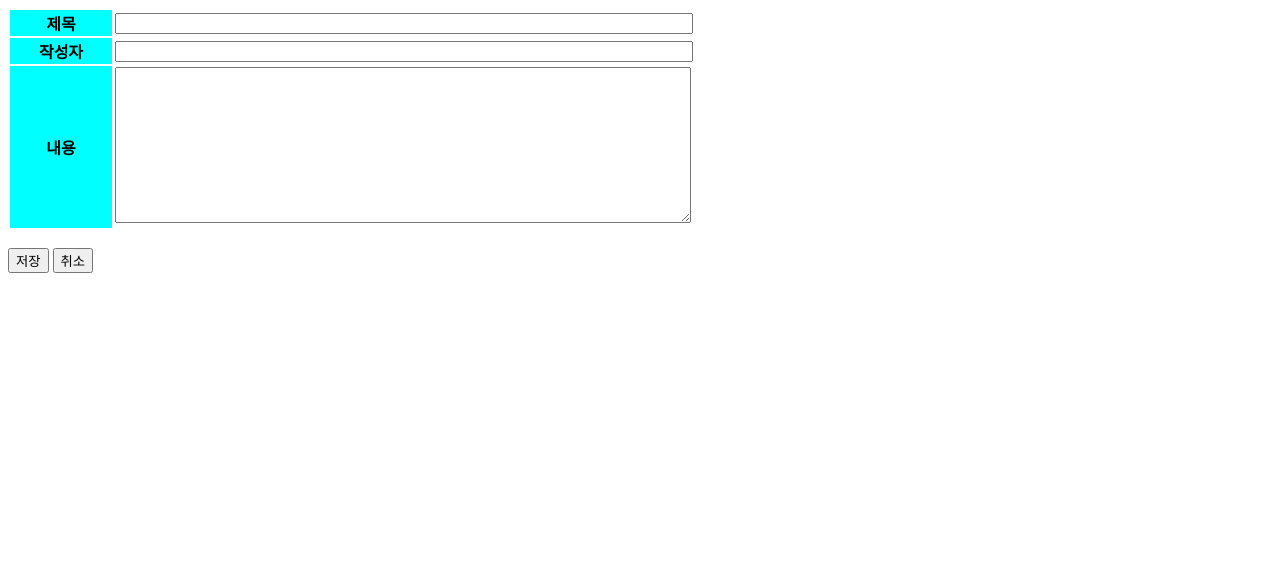
Repository: kdh2212/KDT_code
Page: http://localhost/20250807Web/boardWrite2.jsp
These files come from the project's save history. The page is drawn as it stood at one moment and after the next save; the edit follows.
The browser window is 1280 px wide. The pictures show the whole page.
The page is served by Tomcat 9. Other server files are loaded and not shown.

Above is the page before, as saved 2025-08-07 08:11:39.

### 20250807Web/src/main/webapp/boardWrite2.jsp
<%@ page language="java" contentType="text/html; charset=UTF-8"
    pageEncoding="UTF-8"%>
<%@ page import="java.sql.*, javax.sql.*" %>
<!DOCTYPE html>
<html>
<head>
    <meta charset="UTF-8">
    <style>
        table { width:680px; text-align:center; }
        th    { width:100px; background-color:cyan; }
        input[type=text], textarea { width:100%; }
    </style>
</head>
<body>
<%
Connection conn = null;
Statement stmt = null;
ResultSet rs = null;
String num = request.getParameter("num");
String writer = "";
String title = "";
String content ="";
String regtime = "";
String hits = "";

try {
    Class.forName("com.mysql.cj.jdbc.Driver");
    conn = DriverManager.getConnection("jdbc:mysql://localhost:3305/du08", "root", "1234");
    stmt = conn.createStatement();
    rs = stmt.executeQuery("update board set title = '"+title+"' ,content = '" +content+ "' where num = " + num);
    while (rs.next()) {
        out.println(rs.getString("num"));
%>

        <tr>
            <th>제목</th>
            <td><input type="text" name="title"  maxlength="80"
                       value="">
            </td>
        </tr>
        <tr>
            <th>작성자</th>
            <td><input type="text" name="writer" maxlength="20"
                       value="">
            </td>
        </tr>
        <tr>
            <th>내용</th>
            <td><textarea name="content" rows="10"></textarea>
            </td>
        </tr>

<%
    }
} catch (SQLException e) {
    out.println("데이터베이스 오류: " + e.getMessage());
} catch (ClassNotFoundException e) {
    out.println("드라이버를 찾을 수 없습니다: " + e.getMessage());
} finally {
    try {
        if (rs != null) rs.close();
        if (stmt != null) stmt.close();
        if (conn != null) conn.close();
    } catch (SQLException e) {
        out.println("리소스를 닫는 도중 오류 발생: " + e.getMessage());
    }
}
%>
<form method="post" action="boardWriteResult.jsp">
    <table>
        <tr>
            <th>제목</th>
            <td><input type="text" name="title"  maxlength="80"
                       value="">
            </td>
        </tr>
        <tr>
            <th>작성자</th>
            <td><input type="text" name="writer" maxlength="20"
                       value="">
            </td>
        </tr>
        <tr>
            <th>내용</th>
            <td><textarea name="content" rows="10"></textarea>
            </td>
        </tr>
    </table>

    <br>
    <input type="submit" value="저장">
    <input type="button" value="취소" onclick="history.back()">
</form>

</body>
</html>

After the next save:
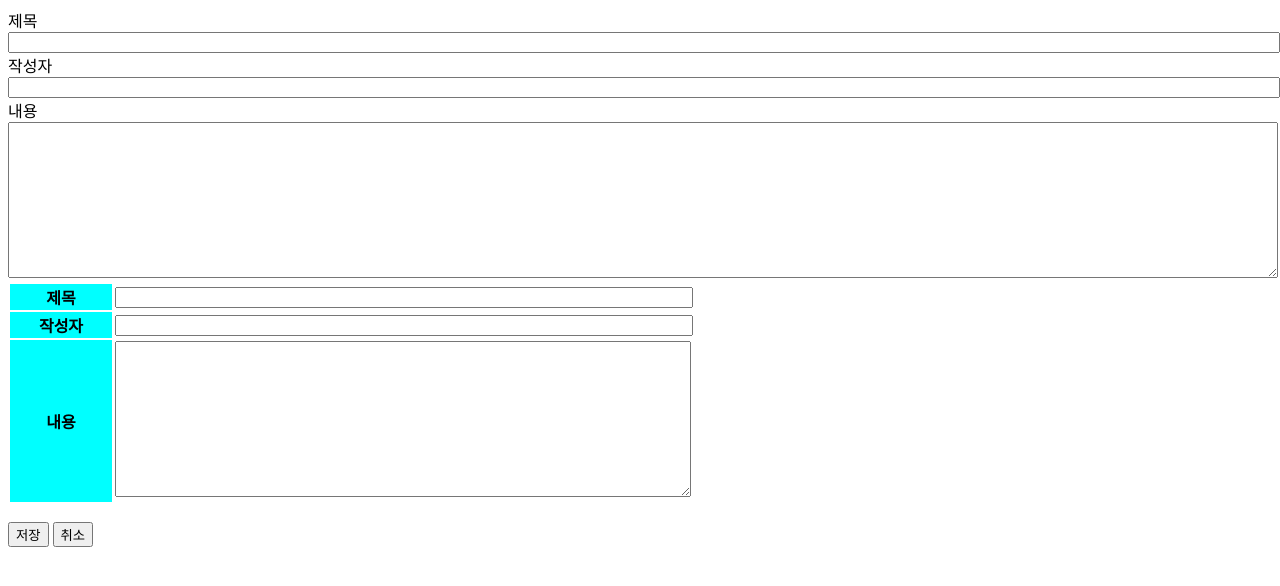
Saved 4 min 16 s later.
--- a/20250807Web/src/main/webapp/boardWrite2.jsp
+++ b/20250807Web/src/main/webapp/boardWrite2.jsp
@@ -12,25 +12,7 @@
     </style>
 </head>
 <body>
-<%
-Connection conn = null;
-Statement stmt = null;
-ResultSet rs = null;
-String num = request.getParameter("num");
-String writer = "";
-String title = "";
-String content ="";
-String regtime = "";
-String hits = "";
 
-try {
-    Class.forName("com.mysql.cj.jdbc.Driver");
-    conn = DriverManager.getConnection("jdbc:mysql://localhost:3305/du08", "root", "1234");
-    stmt = conn.createStatement();
-    rs = stmt.executeQuery("update board set title = '"+title+"' ,content = '" +content+ "' where num = " + num);
-    while (rs.next()) {
-        out.println(rs.getString("num"));
-%>
 
         <tr>
             <th>제목</th>
@@ -50,22 +32,6 @@ try {
             </td>
         </tr>
 
-<%
-    }
-} catch (SQLException e) {
-    out.println("데이터베이스 오류: " + e.getMessage());
-} catch (ClassNotFoundException e) {
-    out.println("드라이버를 찾을 수 없습니다: " + e.getMessage());
-} finally {
-    try {
-        if (rs != null) rs.close();
-        if (stmt != null) stmt.close();
-        if (conn != null) conn.close();
-    } catch (SQLException e) {
-        out.println("리소스를 닫는 도중 오류 발생: " + e.getMessage());
-    }
-}
-%>
 <form method="post" action="boardWriteResult.jsp">
     <table>
         <tr>
@@ -88,7 +54,7 @@ try {
     </table>
 
     <br>
-    <input type="submit" value="저장">
+    <input type="submit" value="저장" >
     <input type="button" value="취소" onclick="history.back()">
 </form>
 
